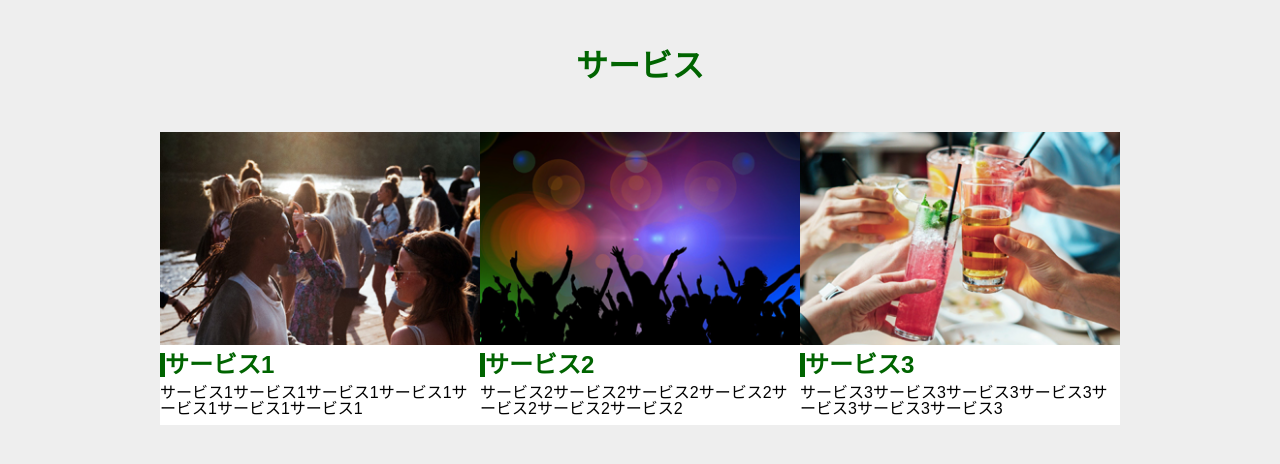
Repository: sonoyama01/dezasuta
Page: 第３回課題/work2/index.html
An editor plug-in stored every save of this project. The page is shown before and after the next save, followed by the edit.
The browser window is 1280 px wide. The pictures show the whole page.

Above is the page before, as saved 2024-04-28 00:37:57.

### 第３回課題/work2/index.html
<!DOCTYPE html>
<html lang="ja">

<head>
    <meta charset="UTF-8">
    <meta name="viewport" content="width=device-width, initial-scale=1.0">
    <title>第3回課題work2</title>
    <link rel="stylesheet" href="./css/reset.css">
    <link rel="stylesheet" href="./css/style.css">
</head>

<body>
    <h1>サービス</h1>
    <div class="box">
        <div>
            <div class="img"><img src="./images/main_1.jpg" alt=""></div>
            <h2>サービス1</h2>
            <p>サービス1サービス1サービス1サービス1サービス1サービス1サービス1</p>
        </div>

        <div>
            <img src="./images/main_2.png" alt="">
            <h2>サービス2</h2>
            <p>サービス2サービス2サービス2サービス2サービス2サービス2サービス2</p>
        </div>

        <div>
            <img src="./images/main_3.png" alt="">
            <h2>サービス3</h2>
            <p>サービス3サービス3サービス3サービス3サービス3サービス3サービス3</p>
        </div>
    </div>

</body>

</html>

### 第３回課題/work2/css/reset.css
@charset "utf-8";

/* cssリセット */

/*利用するタグによってこちらの内容は増やす*/

html,
body,
h1,
h2,
h3,
p,
dl,
dt,
dd,
ul,
li {
  margin: 0;
  padding: 0;
  line-height: 1;
  /*デフォルトの文字色、font-familyを予め当てておく*/
  color: #000;
  font-family: "游ゴシック体", YuGothic, "游ゴシック", "Yu Gothic", "メイリオ",
    "Hiragino Kaku Gothic ProN", "Hiragino Sans", sans-serif;
}

a {
  /*下線を消す*/
  text-decoration: none;
  /*色を消す*/
  color: inherit;
}

ul {
  /*左の「・」を消す*/
  list-style: none;
}

img {
  max-width: 100%;
  vertical-align: bottom;
  border: none;
}

### 第３回課題/work2/css/style.css
@charset "utf-8";

body {
  max-width: 960px;
  background-color: #eeeeee;
  margin: 0 auto;
}
h1 {
  text-align: center;
  color: #006400;
  margin: 50px auto;
}

h2 {
  color: #006400;
  border-left: 5px solid #006400;
}

.box {
  display: flex;
  justify-content: space-between;
  background-color: #fff;
}
.box div {
  width: 100%;
}

img,
h2,
p {
  margin-bottom: 8px;
}

.img {
  width: 100%;
}

@media screen and (max-width: 400px) {
  .box div {
    width: 100%;
  }

  img {
    width: 100%;
  }

  .box {
    flex-direction: column;
    padding: 0 2%;
  }
}

After the next save:
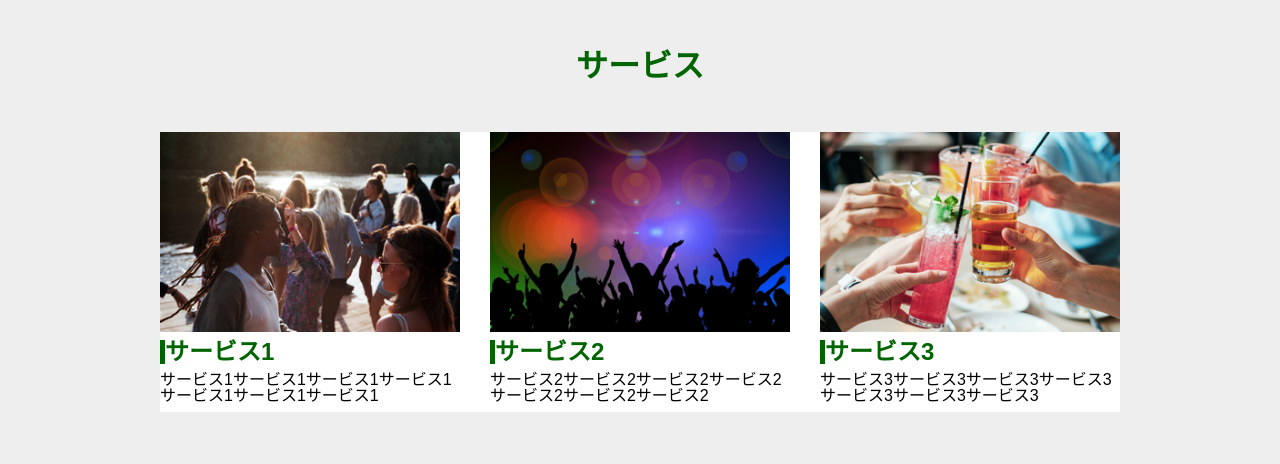
Saved 112 s later.
--- a/第３回課題/work2/css/style.css
+++ b/第３回課題/work2/css/style.css
@@ -20,6 +20,7 @@
   display: flex;
   justify-content: space-between;
   background-color: #fff;
+  gap: 30px;
 }
 .box div {
   width: 100%;

After the save that followed:
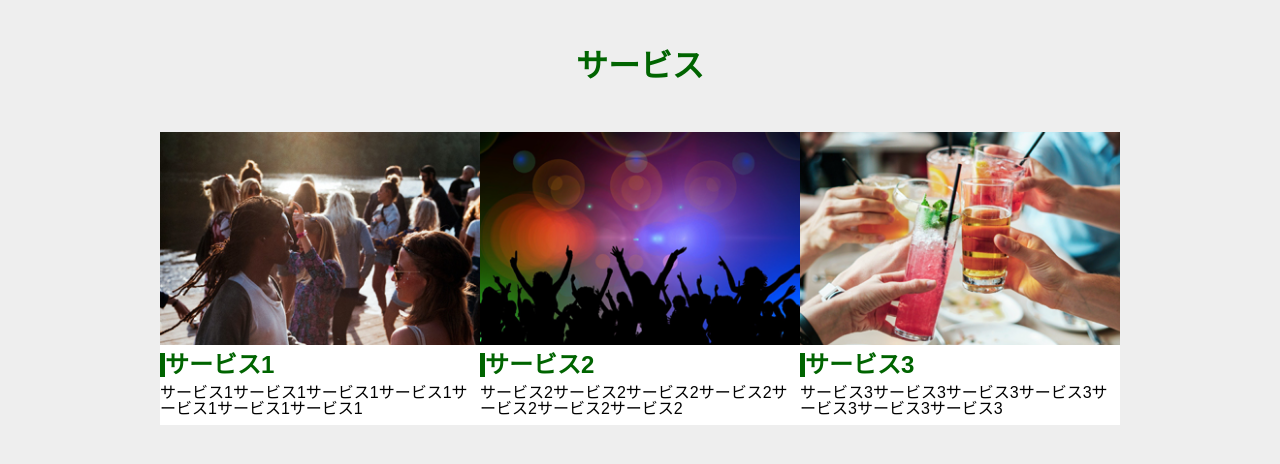
Saved 77 s later.
--- a/第３回課題/work2/css/style.css
+++ b/第３回課題/work2/css/style.css
@@ -20,7 +20,6 @@
   display: flex;
   justify-content: space-between;
   background-color: #fff;
-  gap: 30px;
 }
 .box div {
   width: 100%;
